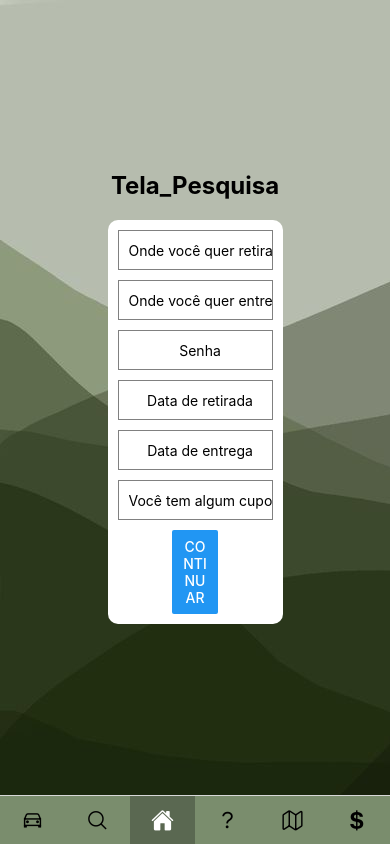
Repository: GabrielAron/EcoWheels
Page: /Home
These files come from the project's save history. The page is drawn as it stood at one moment and after the next save; the edit follows.
The browser window is 390 px wide. The pictures show the whole page.
The app was drawn by React Native's web renderer in a window 390 px wide. The project was rebuilt for these pictures with package versions that can differ from the ones it lists, and the page was loaded fresh each time. Also part of the build but not shown: src/Paginas/Carros/index.js, src/Paginas/Ajuda/index.js, src/Paginas/Mapa/index.js, src/Paginas/Pagamento/pagamento.js.

Above is the page before, as saved 2023-11-24 14:38:11.

After the next save:
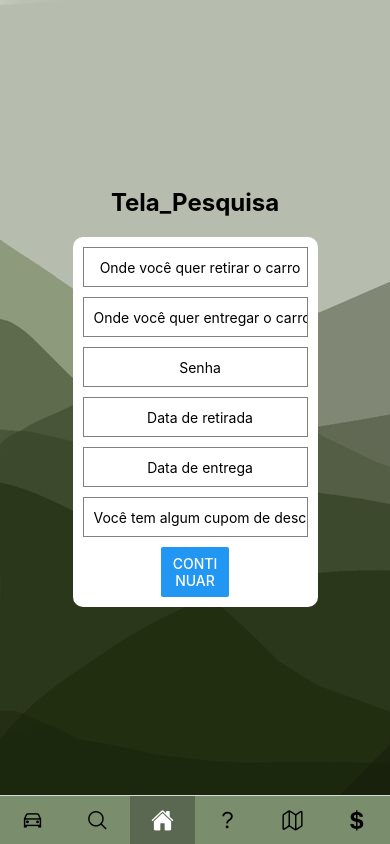
Saved 8 s later.
--- a/src/Paginas/Home/index.js
+++ b/src/Paginas/Home/index.js
@@ -52,7 +52,7 @@ const styles = StyleSheet.create({
     backgroundColor: 'white',
     borderRadius: 10,
     padding: 10,
-    width: '50%',
+    width: '70%',
     alignSelf: 'center',
   },
   buttonContainer: {
